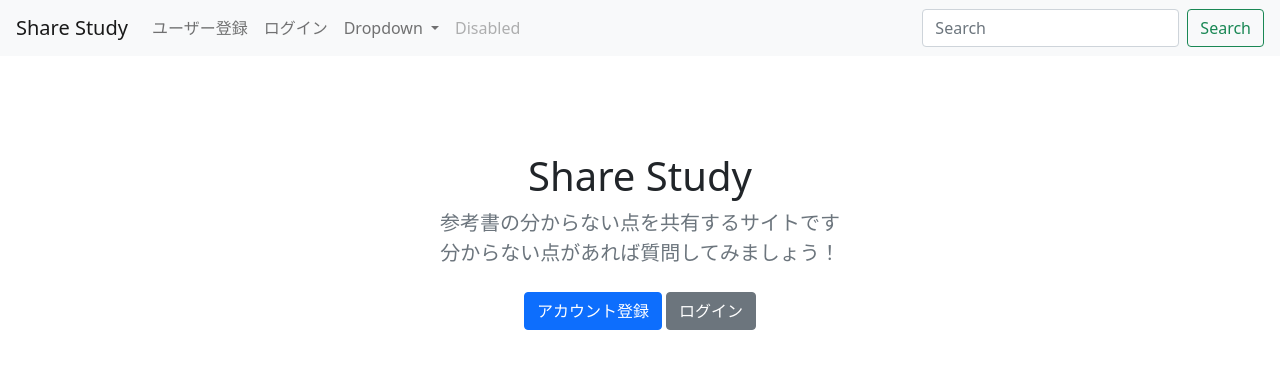
Repository: XXmoi10XX/StudyShareTest1
Page: http://localhost/
The author's editor kept a copy of each file at every save. The page is drawn from the files as they stood at one save, then again after the next save.
The browser window is 1280 px wide. The pictures show the whole page.
Some web libraries are served in a nearby version. The page is served by the project's Laravel application, run on PHP 8.4 with Laravel 8. Queries for data that is not in the repository find no rows.

Above is the page before, as saved 2021-03-18 23:31:15.

After the next save:
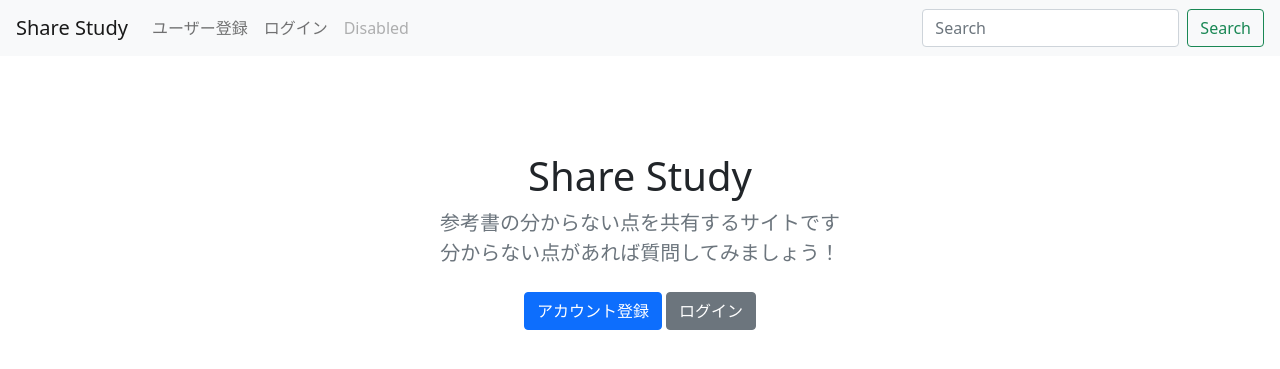
Saved 52 s later.
--- a/app/resources/views/nav.blade.php
+++ b/app/resources/views/nav.blade.php
@@ -18,7 +18,7 @@
             </li>
             @endguest
 
-
+            @auth
             <li class="nav-item dropdown">
                 <a class="nav-link dropdown-toggle" href="#" id="navbarDropdown" role="button" data-toggle="dropdown" aria-haspopup="true" aria-expanded="false">
                     Dropdown
@@ -32,7 +32,7 @@
                     <a class="dropdown-item" href="#">Something else here</a>
                 </div>
             </li>
-
+            @endauth
 
             <li class="nav-item">
                 <a class="nav-link disabled" href="#">Disabled</a>
